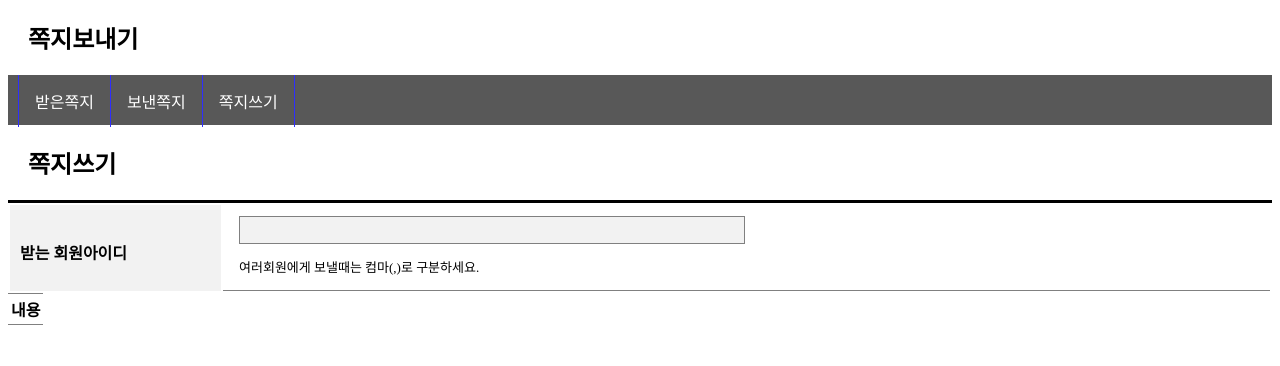
Repository: ks12b0000/JSP-School-Class
Page: chap10_JSP/src/main/webapp/Test/sendMessage.html
An editor plug-in stored every save of this project. The page is shown before and after the next save, followed by the edit.
The browser window is 1280 px wide. The pictures show the whole page.

Above is the page before, as saved 2022-06-04 11:24:18.

After the next save:
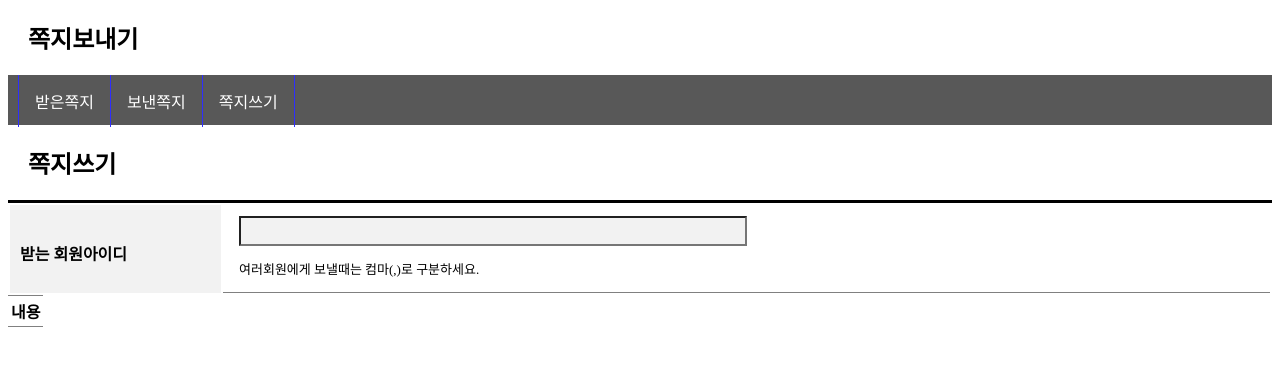
Saved 19 s later.
--- a/chap10_JSP/src/main/webapp/Test/loginWrite.css
+++ b/chap10_JSP/src/main/webapp/Test/loginWrite.css
@@ -248,7 +248,7 @@
 		margin-left: 15px;
 		margin-top: 10px;
 		padding-top: 10px;
-		border: 1px solid gray;
+
 		width: 500px;
 	}
 	.Profile3 p {

After the save that followed:
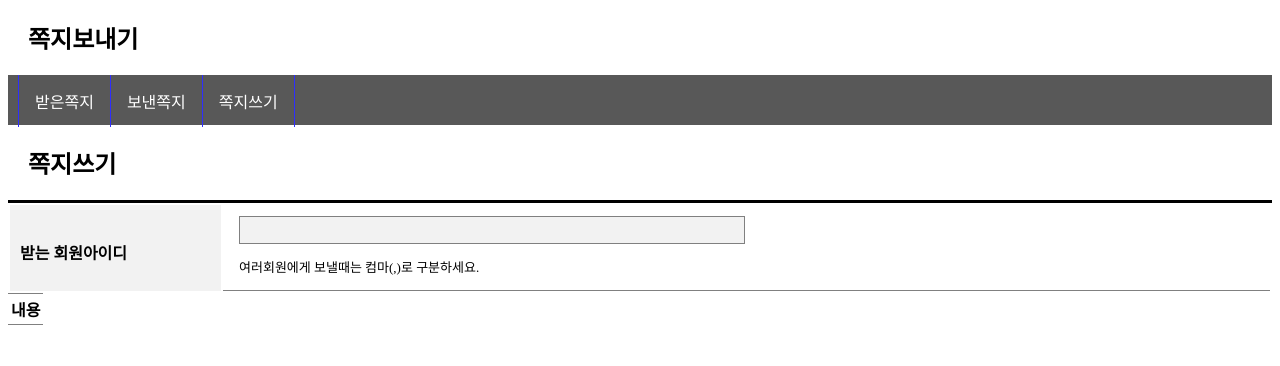
Saved 2 min 20 s later.
--- a/chap10_JSP/src/main/webapp/Test/loginWrite.css
+++ b/chap10_JSP/src/main/webapp/Test/loginWrite.css
@@ -248,7 +248,7 @@
 		margin-left: 15px;
 		margin-top: 10px;
 		padding-top: 10px;
-
+		border: 1px solid gray;
 		width: 500px;
 	}
 	.Profile3 p {
